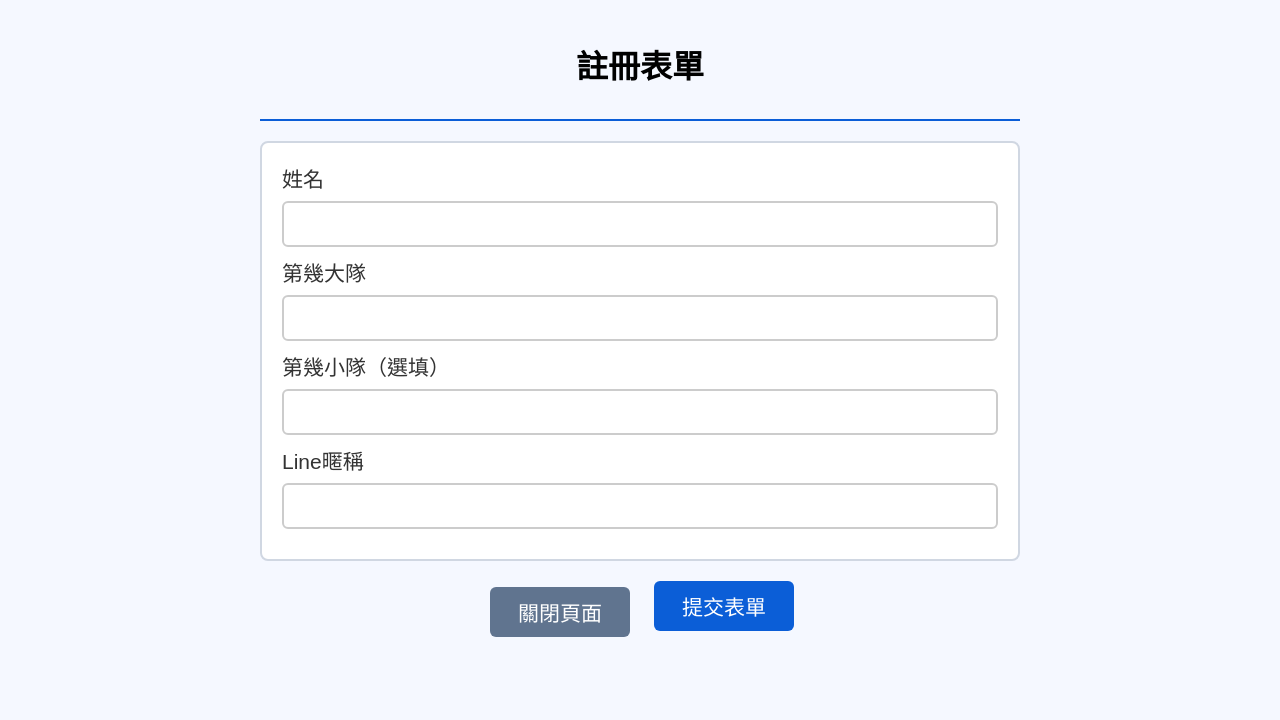
Repository: mommygoose40/register
Page: index.html
The author's editor kept a copy of each file at every save. The page is drawn from the files as they stood at one save, then again after the next save.
The browser window is 1280 px wide. The pictures show the whole page.

Above is the page before, as saved 2025-11-11 17:00:35.

After the next save:
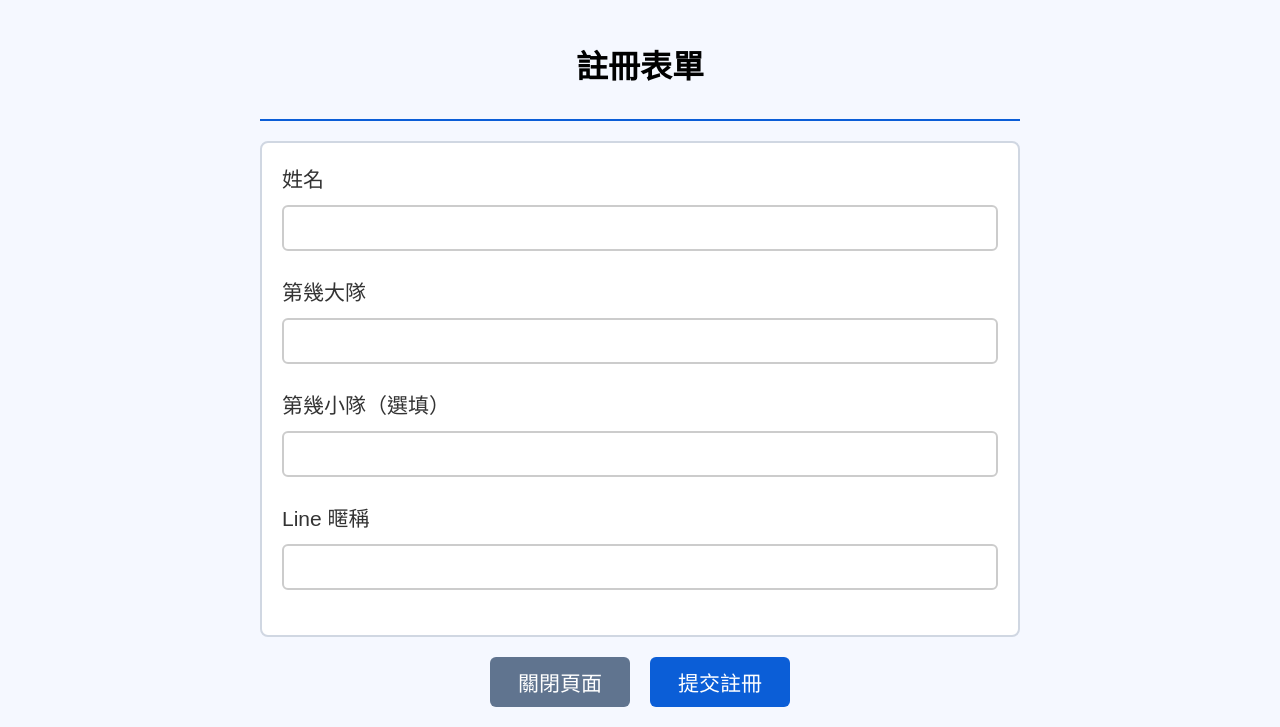
Saved 4 min 6 s later.
--- a/index.html
+++ b/index.html
@@ -41,12 +41,17 @@
       box-sizing: border-box;
     }
 
+    /* 表單欄位組 */
+    .form-field {
+      margin-bottom: 25px; /* 增加欄位間距 */
+    }
+
     /* 輸入框的樣式 */
     label {
       font-size: 21px;  /* 文字大小與異常類型選項一致 */
       color: #333;
-      margin-bottom: 8px;
-      display: inline-block;
+      margin-bottom: 12px; /* 增加標籤與輸入框間距 */
+      display: block; /* 改為block讓標籤單獨一行 */
     }
 
     input[type="text"],
@@ -57,7 +62,6 @@
       border: 2px solid #ccc;
       border-radius: 6px;
       font-size: 16px;
-      margin-bottom: 10px;
       box-sizing: border-box; /* 確保padding和border包含在寬度內 */
     }
 
@@ -67,7 +71,6 @@
       align-items: center;
       justify-content: center;
       padding: 12px 24px;        /* 統一的按鈕間距 */
-      margin: 6px 4px;           /* 按鈕外邊距 */
       background: #60748f;       /* 灰色背景 */
       color: #fff;               /* 文字顏色 */
       border: none;              /* 去除邊框 */
@@ -77,6 +80,7 @@
       min-width: 140px;          /* 確保兩個按鈕寬度一致 */
       height: 50px;              /* 固定高度 */
       box-sizing: border-box;    /* 確保padding包含在寬度內 */
+      vertical-align: top;       /* 確保頂部對齊 */
     }
 
     .ui-btn:active {
@@ -98,6 +102,7 @@
       display: inline-flex;
       align-items: center;
       justify-content: center;
+      vertical-align: top;       /* 確保頂部對齊 */
     }
 
     .submit-btn:hover {
@@ -110,6 +115,7 @@
       justify-content: center;  /* 置中按鈕 */
       gap: 20px;
       margin-top: 10px;  /* 保持間距 */
+      align-items: flex-start; /* 確保按鈕頂部對齊 */
     }
 
     /* 去除按鈕陰影 */
@@ -127,23 +133,31 @@
     </div>
 
     <div class="form-section">
-      <label for="name">姓名</label>
-      <input type="text" id="name" name="name" required>
-
-      <label for="division">第幾大隊</label>
-      <input type="number" id="division" name="division" required>
-
-      <label for="team">第幾小隊（選填）</label>
-      <input type="number" id="team" name="team">
-
-      <label for="lineName">Line暱稱</label>
-      <input type="text" id="lineName" name="lineName" required>
+      <div class="form-field">
+        <label for="name">姓名</label>
+        <input type="text" id="name" name="name" required>
+      </div>
+
+      <div class="form-field">
+        <label for="division">第幾大隊</label>
+        <input type="number" id="division" name="division" required>
+      </div>
+
+      <div class="form-field">
+        <label for="team">第幾小隊（選填）</label>
+        <input type="number" id="team" name="team">
+      </div>
+
+      <div class="form-field">
+        <label for="lineName">Line 暱稱</label>
+        <input type="text" id="lineName" name="lineName" required>
+      </div>
     </div>
 
     <!-- 按鈕區域 -->
     <div class="button-group">
       <button class="ui-btn" onclick="window.close()">關閉頁面</button>
-      <button class="submit-btn" type="submit" onclick="submitForm()">提交表單</button>
+      <button class="submit-btn" type="submit" onclick="submitForm()">提交註冊</button>
     </div>
   </div>
 
@@ -161,7 +175,7 @@
         .then(response => response.json())
         .then(data => {
           if (data.status === 'success') {
-            showMessage('提交成功！<br>註冊結果請等候管理員確認');
+            showMessage('提交成功！註冊結果請等候管理員確認');
           } else {
             showMessage('提交失敗，請稍後再試');
           }
